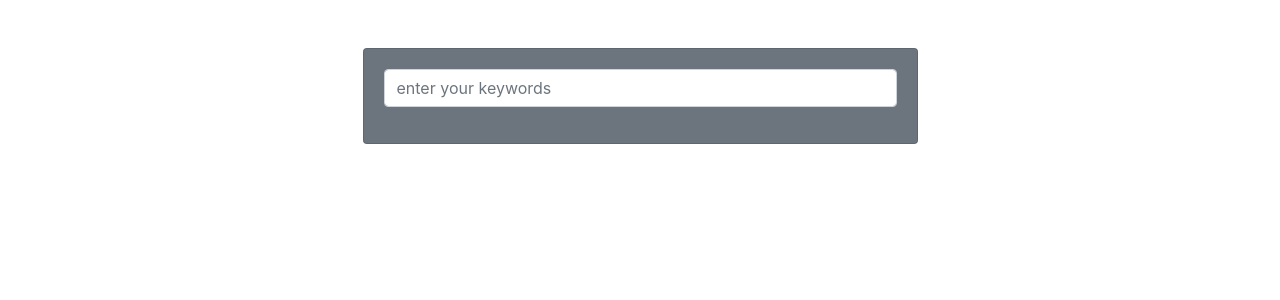
Repository: nksharma514/spring
Page: http://localhost/com.springmvc.search/search
These files come from the project's save history. The page is drawn as it stood at one moment and after the next save; the edit follows.
The browser window is 1280 px wide. The pictures show the whole page.
Some web libraries are served in a nearby version. The page is served by Tomcat 9.

Above is the page before, as saved 2023-08-14 20:31:24.

After the next save:
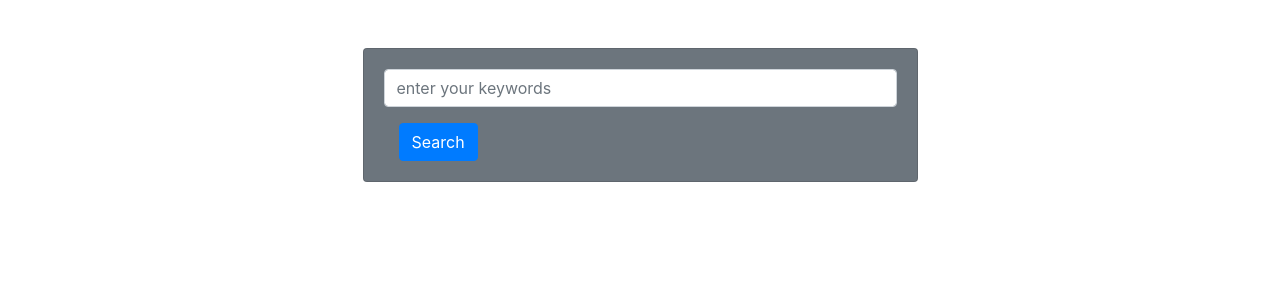
Saved 88 s later.
--- a/com.springmvc.search/src/main/webapp/WEB-INF/views/home.jsp
+++ b/com.springmvc.search/src/main/webapp/WEB-INF/views/home.jsp
@@ -25,6 +25,10 @@
 					<div class="form-group">
 						<input type="text" name="querybox"
 							placeholder="enter your keywords" class="form-control" />
+					</div>
+
+					<div class="container">
+					<button class="btn btn-primary">Search</button>
 					</div>
 
 				</form>
